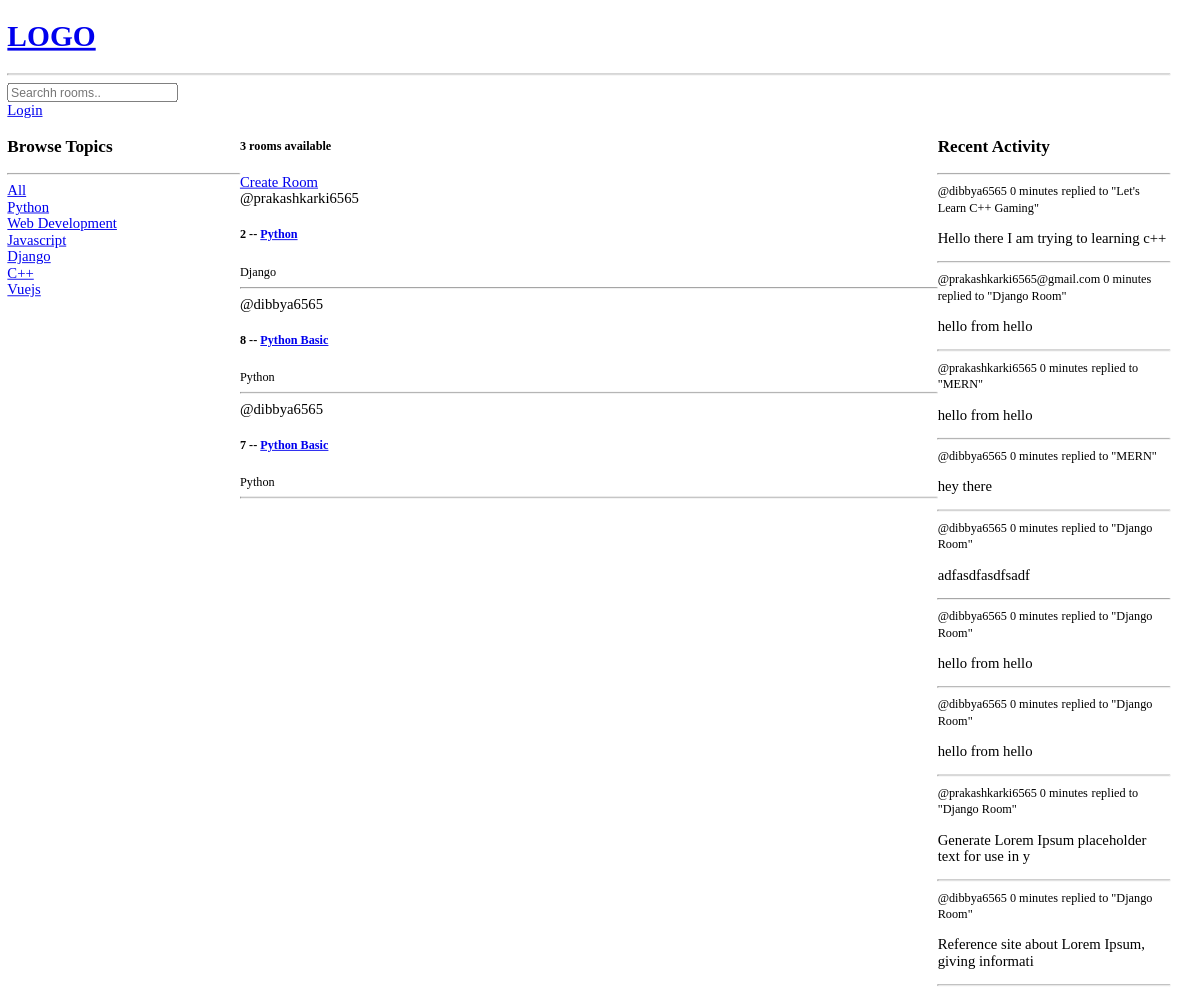
Repository: Dibbya65/Django-Basic
Page: http://localhost/?q=Python
The author's editor kept a copy of each file at every save. The page is drawn from the files as they stood at one save, then again after the next save.
The browser window is 1280 px wide. The pictures show the whole page, at 92% of full size.
The page is served by the project's application, run on Django 3.2 (manage.py). The page reads the database file committed with the project.

Above is the page before, as saved 2021-11-17 23:38:31.

After the next save:
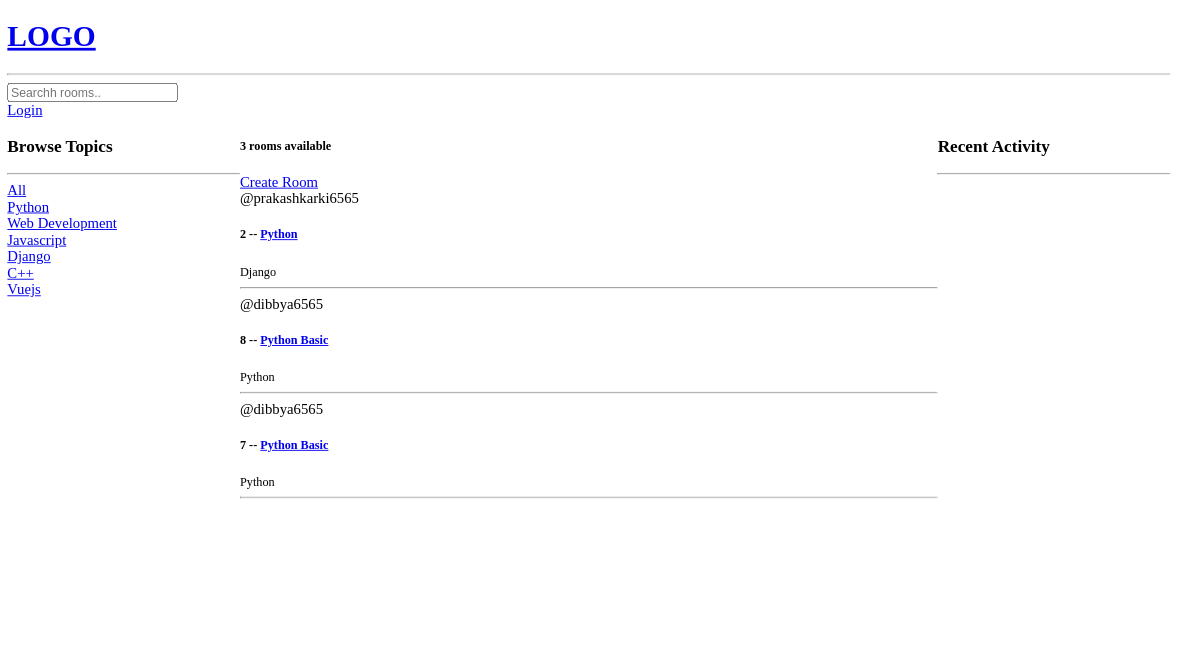
Saved 10 min 10 s later.
--- a/base/views.py
+++ b/base/views.py
@@ -72,7 +72,7 @@ def home(request):
     )
     topics = Topic.objects.all()
     room_count = rooms.count()
-    room_messges = Message.objects.all()
+    room_messges = Message.objects.filter(Q(room__name__icontains=q))
 
     context = {
         "rooms": rooms,
